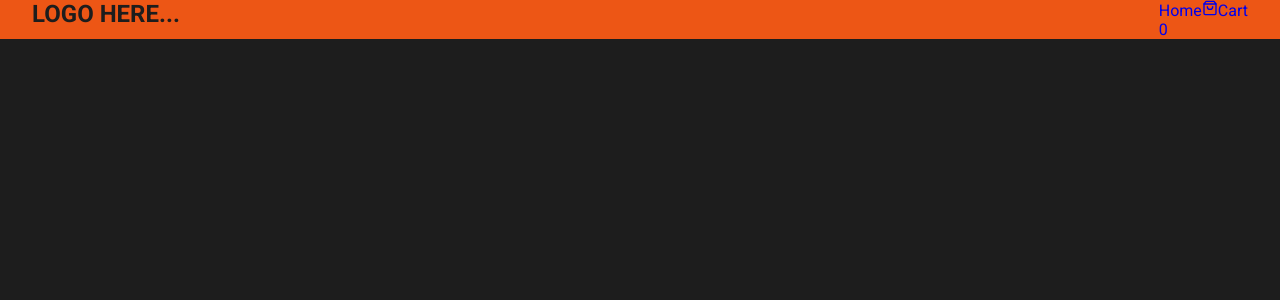
Repository: suraj-yadav7/eCommerce-Cart-React
Page: /
The author's editor kept a copy of each file at every save. The page is drawn from the files as they stood at one save, then again after the next save.
The browser window is 1280 px wide. The pictures show the whole page.
The project was rebuilt for these pictures with package versions that can differ from the ones it lists, and the page was loaded fresh each time.

Above is the page before, as saved 2023-03-24 12:06:44.

After the next save:
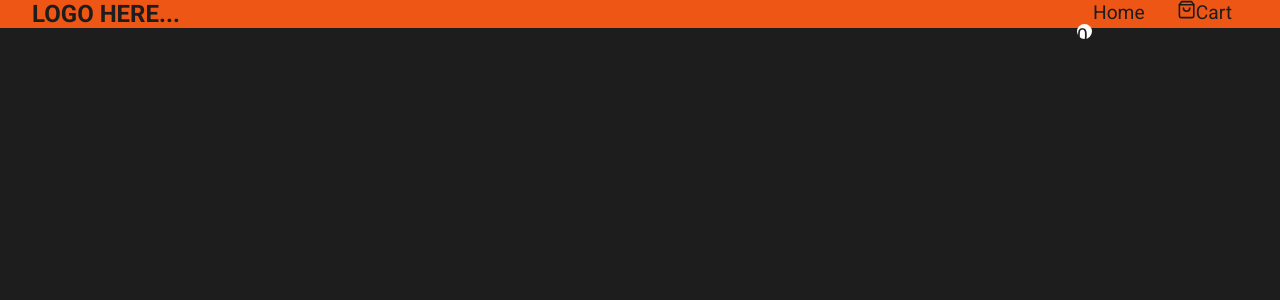
Saved 2 min 7 s later.
--- a/src/styles/header.scss
+++ b/src/styles/header.scss
@@ -10,7 +10,10 @@
         text-transform: uppercase;
         color: $primary;
     }
-        >a{
+    >div{
+
+
+    >a{
             color:$primary;
             font-size: 1.2rem;
             margin: 0 1rem;
@@ -26,7 +29,7 @@
                 height: 15px;
             }
         }
-
+    }
 
 
 }
